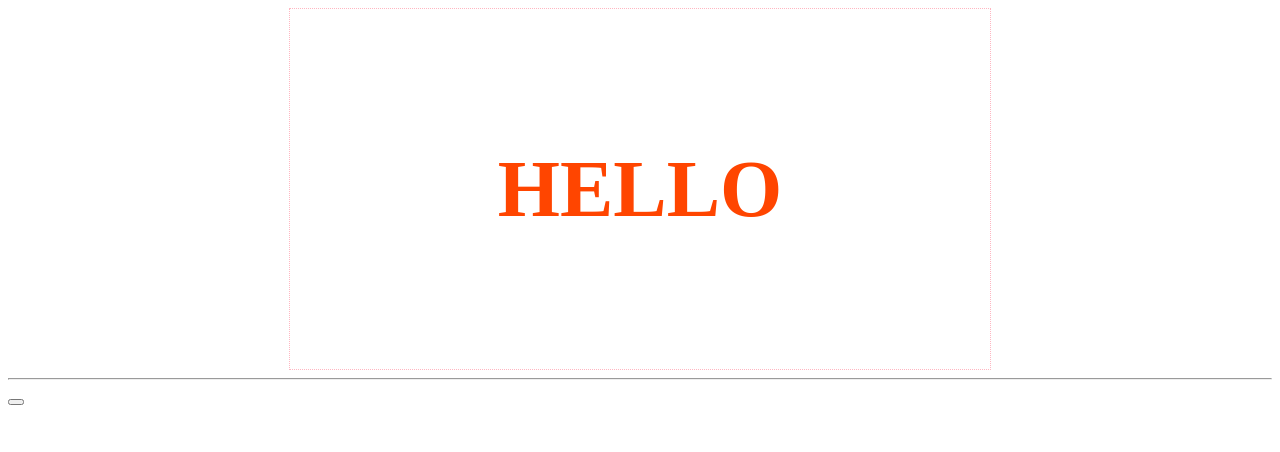
Repository: whgdkfk/web-workspace
Page: BurgerKingProject/src/main/webapp/index.html
An editor plug-in stored every save of this project. The page is shown before and after the next save, followed by the edit.
The browser window is 1280 px wide. The pictures show the whole page.

Above is the page before, as saved 2025-03-07 07:19:47.

### BurgerKingProject/src/main/webapp/index.html
<!DOCTYPE html>
<html>
<head>
<meta charset="UTF-8">
<title>Insert title here</title>
<style>
	h1 {
		color: orangered;
		text-align: center;
		font-size: 80px;
		width: 700px;
		height: 360px;
		border: 1px dotted lightpink;
		margin: auto;
		line-height: 360px;
	}
</style>
</head>
<body>
	<h1>HELLO</h1>

	<hr>

	<button></button>
</body>
</html>

After the next save:
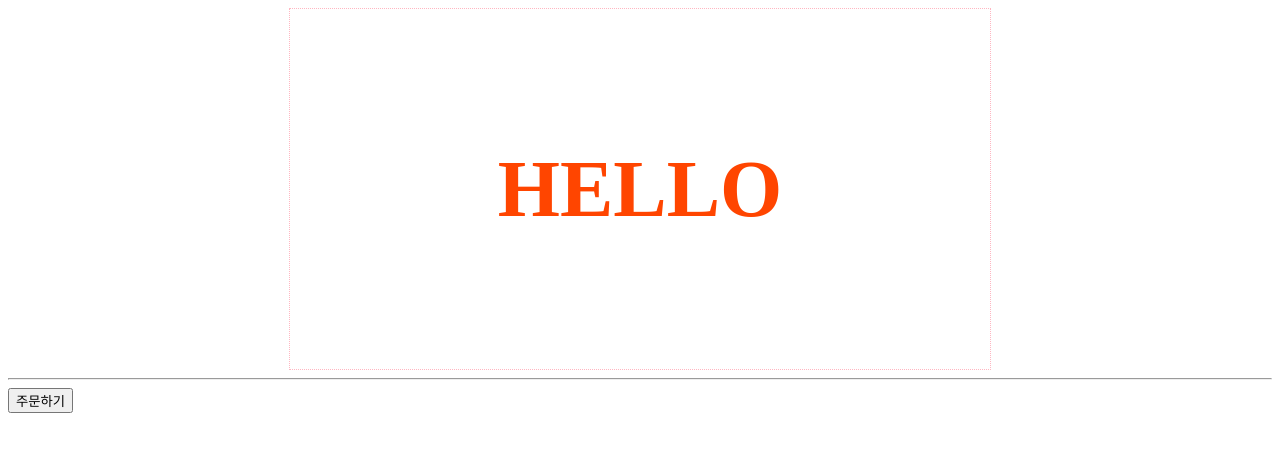
Saved 15 s later.
--- a/BurgerKingProject/src/main/webapp/index.html
+++ b/BurgerKingProject/src/main/webapp/index.html
@@ -21,6 +21,6 @@
 
 	<hr>
 
-	<button></button>
+	<button>주문하기</button>
 </body>
 </html>
